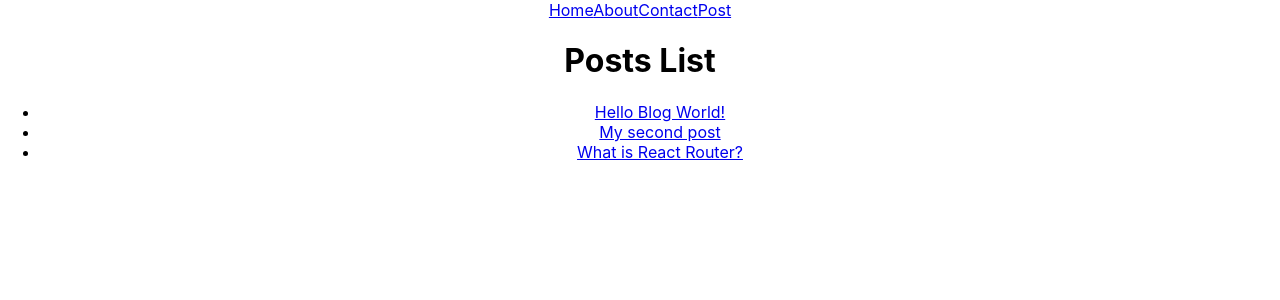
Repository: khoibanh113/reactBT
Page: /post (app in testrouter/)
The author's editor kept a copy of each file at every save. The page is drawn from the files as they stood at one save, then again after the next save.
The browser window is 1280 px wide. The pictures show the whole page.
The project was rebuilt for these pictures with package versions that can differ from the ones it lists, and the page was loaded fresh each time. Also part of the build but not shown: testrouter/src/components/home.js, testrouter/src/components/about.js, testrouter/src/components/contact.js, testrouter/src/components/noMatch.js, testrouter/src/components/child.js.

Above is the page before, as saved 2021-01-25 15:46:55.

After the next save:
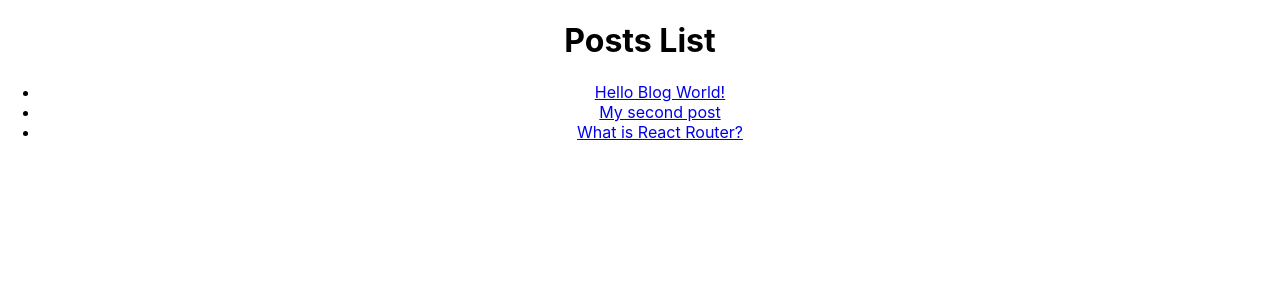
Saved 53 s later.
--- a/testrouter/src/App.js
+++ b/testrouter/src/App.js
@@ -11,12 +11,12 @@
     <div className="App">
       <Router>
         <div>
-          <nav>
+          {/* <nav>
             <NavLink to="/"  >Home</NavLink>
             <NavLink to="/about"  >About</NavLink>
             <NavLink to="/contact"  >Contact</NavLink>
             <NavLink to="/post" >Post</NavLink>
-          </nav>
+          </nav> */}
           <Switch>
             <Route exact path='/' render={()=><Home />} />
             <Route path='/about' render={()=><About />} />

After the save that followed:
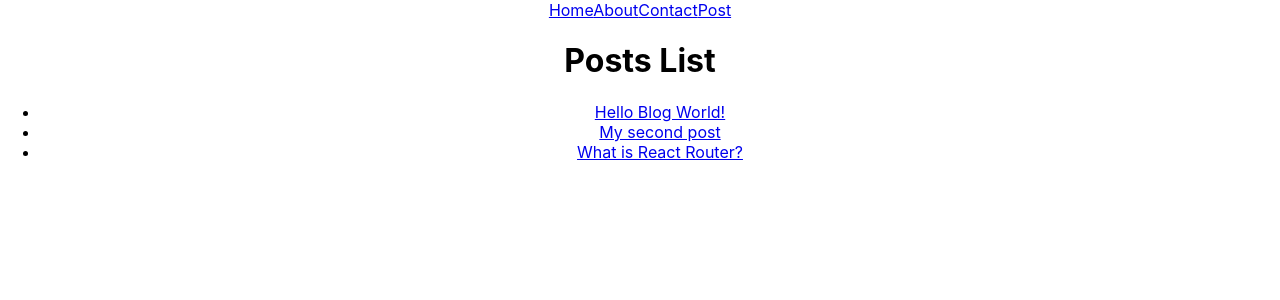
Saved 21 s later.
--- a/testrouter/src/App.js
+++ b/testrouter/src/App.js
@@ -11,12 +11,12 @@
     <div className="App">
       <Router>
         <div>
-          {/* <nav>
+          <nav>
             <NavLink to="/"  >Home</NavLink>
             <NavLink to="/about"  >About</NavLink>
             <NavLink to="/contact"  >Contact</NavLink>
             <NavLink to="/post" >Post</NavLink>
-          </nav> */}
+          </nav>
           <Switch>
             <Route exact path='/' render={()=><Home />} />
             <Route path='/about' render={()=><About />} />
